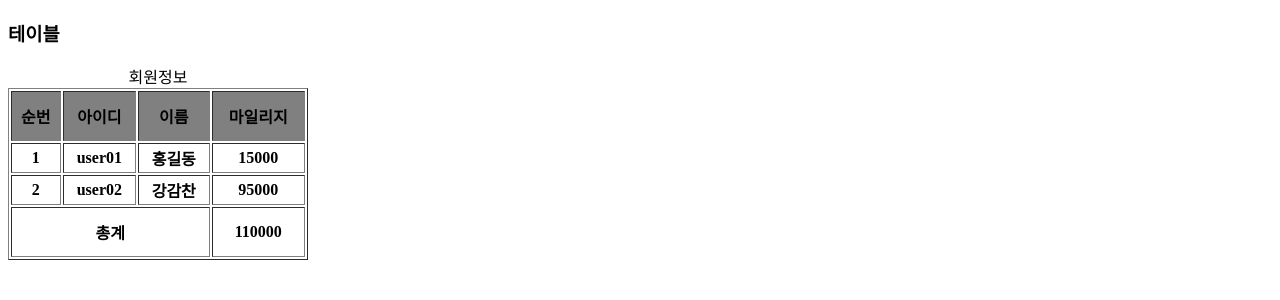
Repository: helloJunejun/WorkSpace_WebUi
Page: 0.2html_form_table/src/main/webapp/sample_table.html
The author's editor kept a copy of each file at every save. The page is drawn from the files as they stood at one save, then again after the next save.
The browser window is 1280 px wide. The pictures show the whole page.

Above is the page before, as saved 2021-06-24 01:24:10.

After the next save:
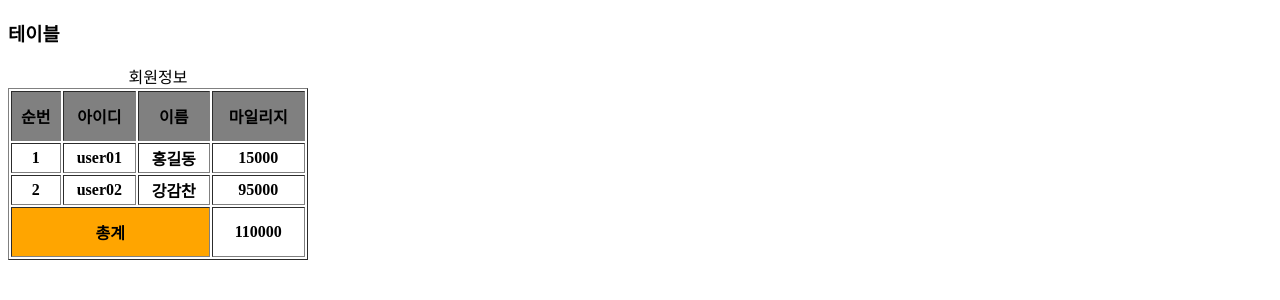
Saved 75 s later.
--- a/0.2html_form_table/src/main/webapp/sample_table.html
+++ b/0.2html_form_table/src/main/webapp/sample_table.html
@@ -30,7 +30,7 @@
 	</tr>
 
 	<tr height="50px">
-		<th colspan="3">총계</th>
+		<th colspan="3" bgcolor="orange">총계</th>
 		<th>110000</th>
 	</tr>
 </table>
